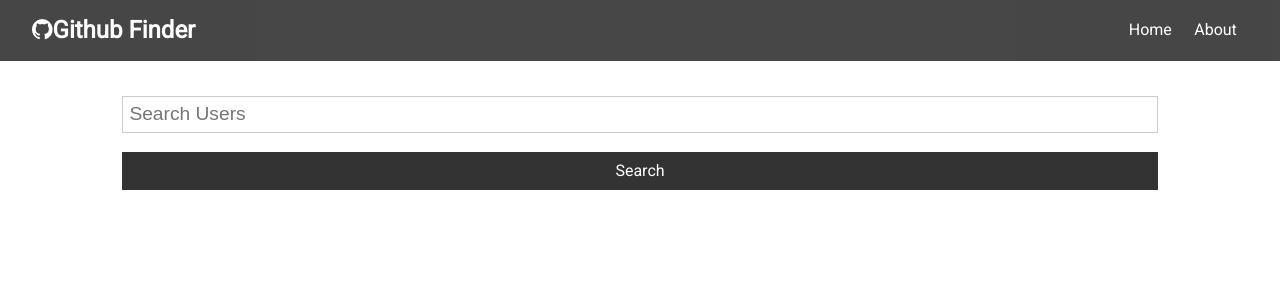
Repository: hemxnt-saini/GitProfile-Visualizer
Page: /
The author's editor kept a copy of each file at every save. The page is drawn from the files as they stood at one save, then again after the next save.
The browser window is 1280 px wide. The pictures show the whole page.
The project was rebuilt for these pictures with package versions that can differ from the ones it lists, and the page was loaded fresh each time. Also part of the build but not shown: next.config.js, src/components/users/UserItem.js, src/components/repos/RepoItem.js, src/components/repos/Repos.js, src/components/users/User.js, src/components/layout/Alert.js, src/components/pages/About.js.

Above is the page before, as saved 2020-07-29 17:36:52.

After the next save:
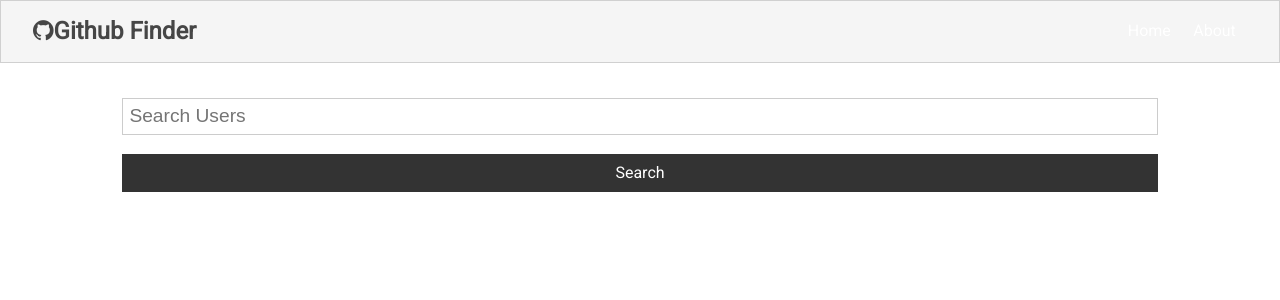
Saved 8 s later.
--- a/src/components/layout/Navbar.js
+++ b/src/components/layout/Navbar.js
@@ -2,7 +2,7 @@
 import { Link } from "react-router-dom";
 function Navbar(props) {
   return (
-    <nav className='navbar bg-dark '>
+    <nav className='navbar bg-light '>
       <h1>
         <i className='fa fa-github'></i>
         {props.title}
